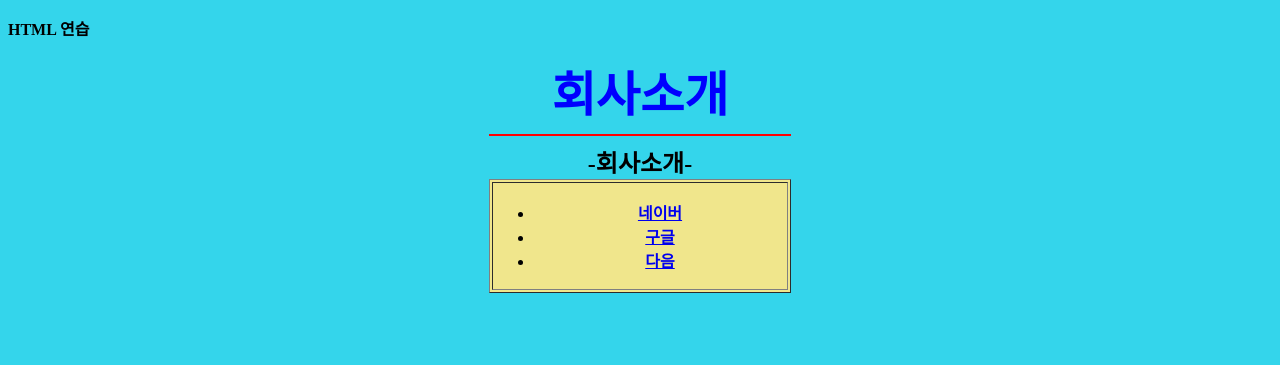
Repository: sika5382/jsp
Page: html/WebContent/NewFile2.html
An editor plug-in stored every save of this project. The page is shown before and after the next save, followed by the edit.
The browser window is 1280 px wide. The pictures show the whole page.

Above is the page before, as saved 2020-10-29 08:13:50.

After the next save:
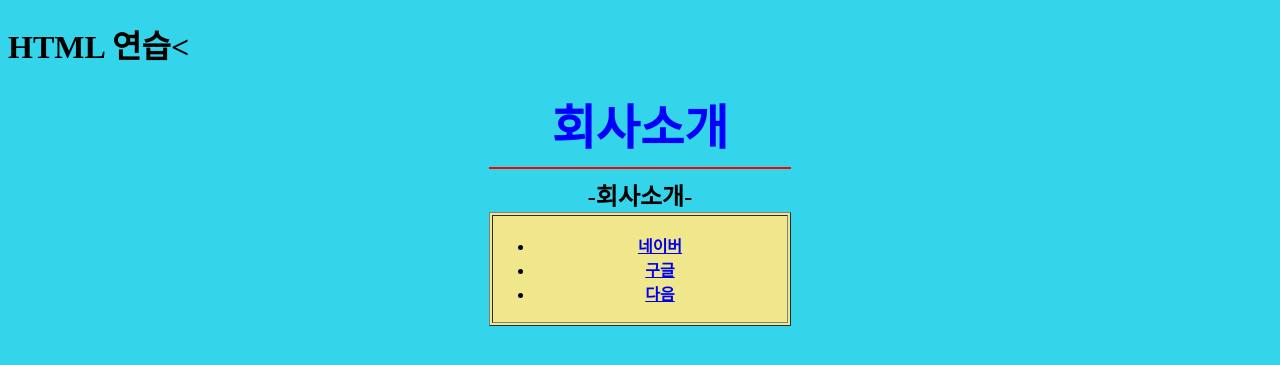
Saved 63 s later.
--- a/html/WebContent/NewFile2.html
+++ b/html/WebContent/NewFile2.html
@@ -5,10 +5,10 @@
 <title>Insert title here</title>
 </head>
 <body style="background-color:#34d5eb;">
-	<dl>
-		<dt><b>HTML 연습</b>
-		<dd>	</dd>
-	</dl>
+	<h1>
+		HTML 연습<
+
+	</h1>
 		<table border="1" align="center" width="300" bgcolor="khaki">
 
 			<caption>
